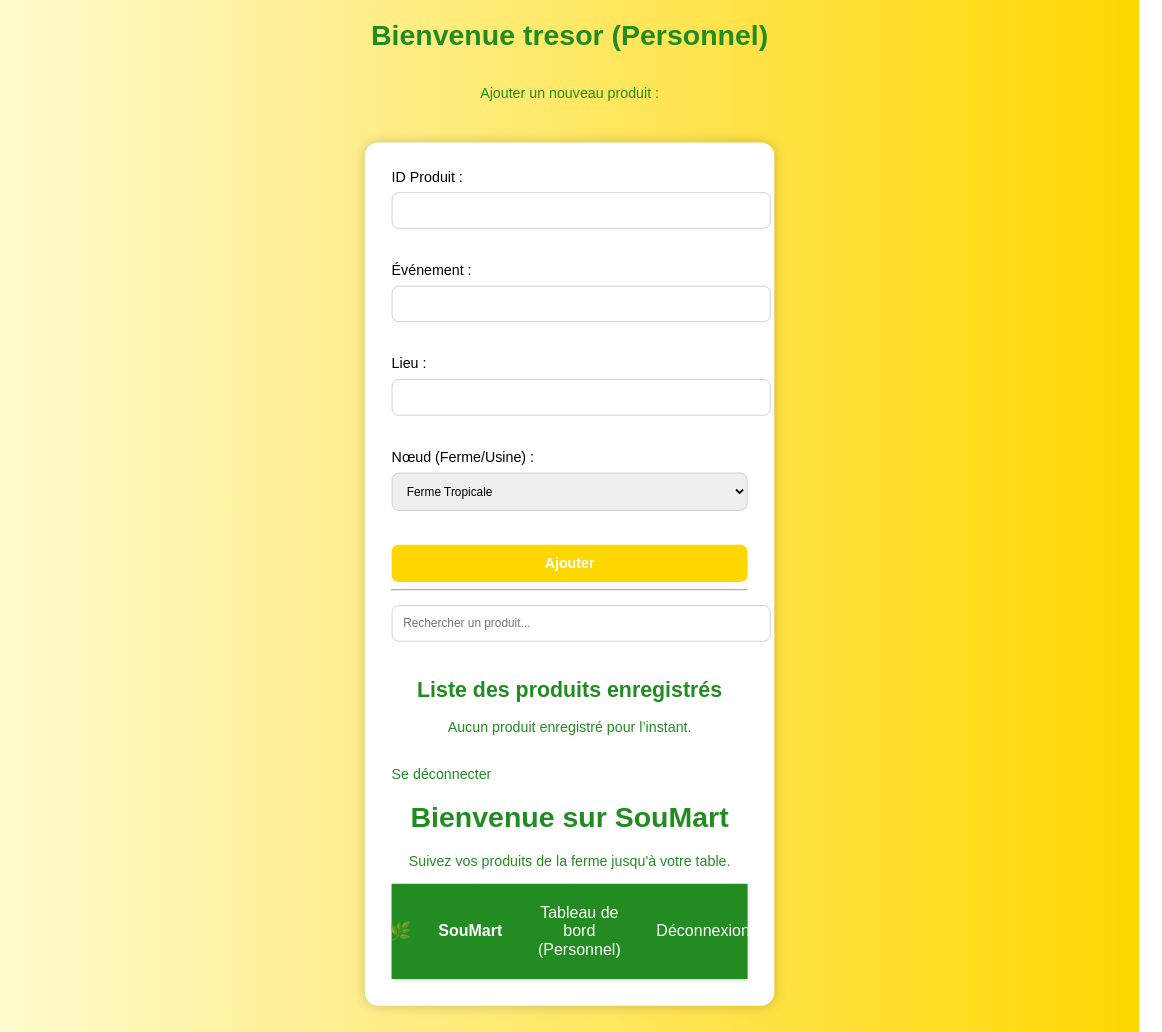
Repository: SouhailMar10/FOOD-MART
Page: http://localhost/dashboard_personnel
The author's editor kept a copy of each file at every save. The page is drawn from the files as they stood at one save, then again after a run of saves.
The browser window is 1280 px wide. The page is 1280 px wide, then 1306 px, so the pictures cover 1306 px, including what lies to the right of the window. The pictures show the whole page, at 89% of full size.
The page is served by the project's application, run on Flask 3 (app.py). The user the application loads for id 1 is signed in. The page reads the database file committed with the project.

Above is the page before, as saved 2025-04-27 13:08:17.

After the next 2 saves:
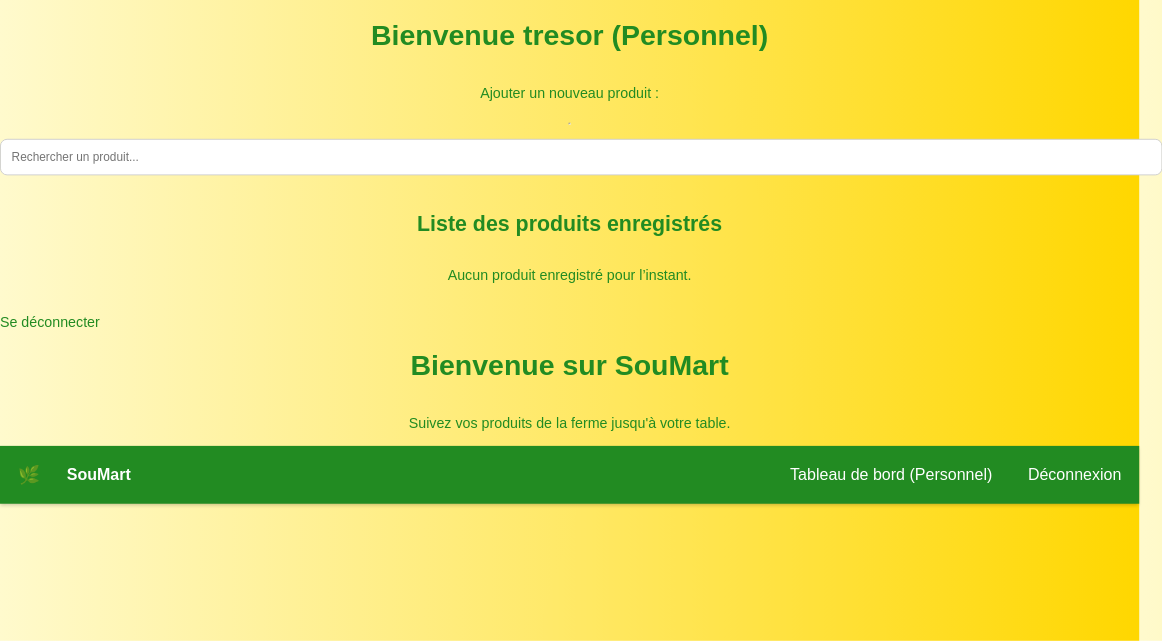
The 2 saves are shown as one change because they came seconds apart.
The last was saved 8 s later.
--- a/templates/dashboard_personnel.html
+++ b/templates/dashboard_personnel.html
@@ -16,27 +16,6 @@
         {% endfor %}
       {% endif %}
     {% endwith %}
-    <form action="/dashboard_personnel" method="POST">
-        <label for="product_id">ID Produit :</label><br>
-        <input type="text" id="product_id" name="product_id" required><br><br>
-
-        <label for="event">Événement :</label><br>
-        <input type="text" id="event" name="event" required><br><br>
-
-        <label for="location">Lieu :</label><br>
-        <input type="text" id="location" name="location" required><br><br>
-
-        <label for="node">Nœud (Ferme/Usine) :</label><br>
-        <select id="node" name="node" required>
-            <option value="Ferme Tropicale">Ferme Tropicale</option>
-            <option value="Ferme du Nord">Ferme du Nord</option>
-            <option value="Ferme équatoriale">Ferme équatoriale</option>
-            <option value="Usine de transformation">Usine de transformation</option>
-            <option value="Centre d’emballage">Centre d’emballage</option>
-        </select><br><br>
-
-        <input type="submit" value="Ajouter">
-
 
     <hr>
     <input type="text" id="searchInput" placeholder="Rechercher un produit..." onkeyup="searchProducts()">
